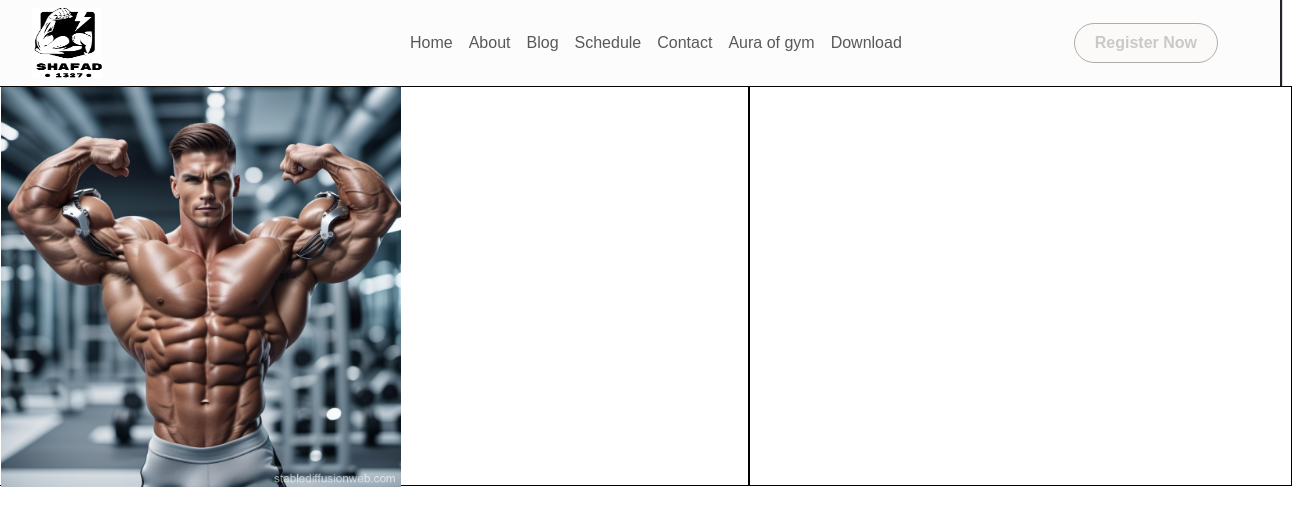
Repository: Daud-shafad/gymwebsite
Page: bootstrap-5.3.3-dist/bootstrap-5.3.3-dist/gym.html
The author's editor kept a copy of each file at every save. The page is drawn from the files as they stood at one save, then again after the next save.
The browser window is 1280 px wide. The page is 1292 px wide, so the pictures cover 1292 px, including what lies to the right of the window. The pictures show the whole page.

Above is the page before, as saved 2024-12-28 13:18:18.

After the next save:
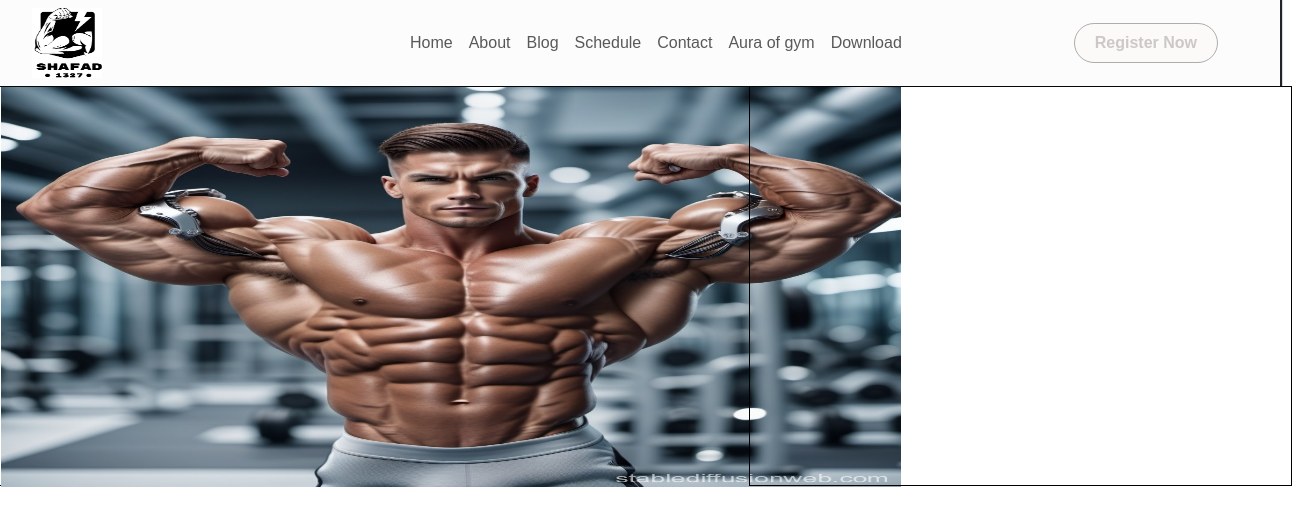
Saved 31 s later.
--- a/bootstrap-5.3.3-dist/bootstrap-5.3.3-dist/gym.html
+++ b/bootstrap-5.3.3-dist/bootstrap-5.3.3-dist/gym.html
@@ -54,7 +54,7 @@
 
       <div class="row">
         <div class="col-7">
-          <img src="Photoman1.jpg" style="height: 400px;" alt="">
+          <img src="Photoman1.jpg" style="height: 400px; width: 900px;" alt="">
         </div>
         <div class="col-5">
 
